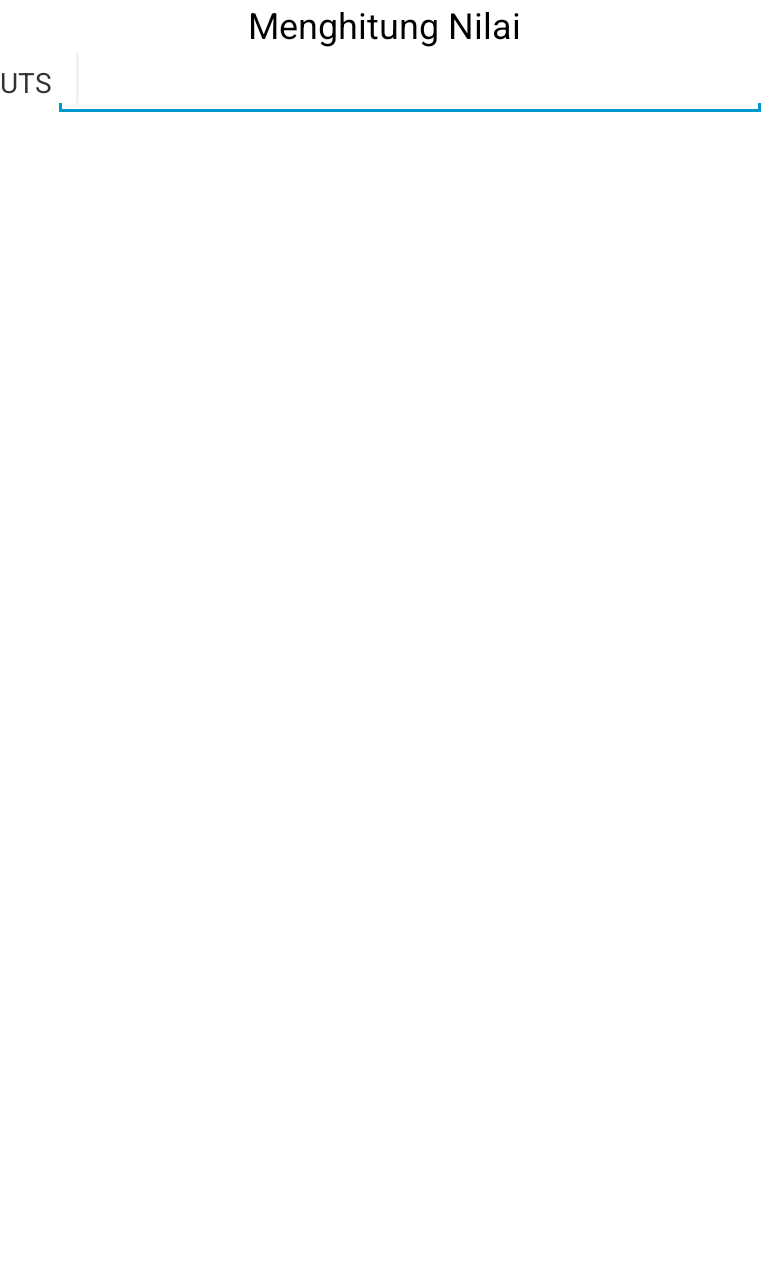
Repository: choll03/mobile_programming
Layout: android/res/layout/activity_main.xml
The author's editor kept a copy of each file at every save. The layout is drawn from the files as they stood at one save, then again after the next save.
It is drawn on a 768 x 1280 px phone screen (xhdpi) without system bars, with theme AppTheme; the app's code is not run.

Above is the layout before, as saved 2019-04-20 15:53:56.

### android/res/layout/activity_main.xml
<RelativeLayout xmlns:android="http://schemas.android.com/apk/res/android"
    xmlns:tools="http://schemas.android.com/tools"
    android:layout_width="match_parent"
    android:layout_height="match_parent" >

    <LinearLayout
        android:id="@+id/linearLayout1"
        android:layout_width="wrap_content"
        android:layout_height="wrap_content"
        android:layout_alignParentLeft="true"
        android:layout_alignParentRight="true"
        android:layout_alignParentTop="true" >
    <TextView
        android:id="@+id/textView1"
        android:layout_width="match_parent"
        android:layout_height="wrap_content"
        android:gravity="center"
        android:text="@string/judul"
        android:textAppearance="?android:attr/textAppearanceMedium" />
    </LinearLayout>

    <LinearLayout
        android:id="@+id/linearLayout2"
        android:layout_width="wrap_content"
        android:layout_height="wrap_content"
        android:layout_alignParentLeft="true"
        android:layout_alignParentRight="true"
        android:layout_below="@+id/linearLayout1"
        android:layout_alignParentTop="true"
        android:layout_marginTop="20dp" >
    <TextView
        android:id="@+id/textView2"
        android:layout_width="wrap_content"
        android:layout_height="wrap_content"
        android:text="@string/uts" />
    <EditText
        android:id="@+id/utsEditText"
        android:layout_width="0dp"
        android:layout_height="wrap_content"
        android:layout_weight="1"
        android:inputType="numberDecimal" >
        <requestFocus />
	</EditText>
    </LinearLayout>

</RelativeLayout>

### android/res/values/strings.xml
<?xml version="1.0" encoding="utf-8"?>
<resources>

    <string name="app_name">UserInterface</string>
    <string name="action_settings">Setting</string>
    <string name="hello_world">Hello world!</string>
    <string name="menu_settings">Settings</string>
    <string name="title_activity_main">User Interface</string>
    <string name="judul">Menghitung Nilai</string>
    <string name="uts">UTS</string>
    <string name="uas">UAS</string>
    <string name="nilai_akhir">Nilai Akhir</string>
    <string name="hitung">Hitung</string>
    <string name="tutup">Tutup</string>

    <color name="merah">#FF0000</color>
    <color name="hijau">#00FF00</color>
    <color name="biru">#0000FF</color>

</resources>

Loaded but not shown: android/res/values/styles.xml (common file); android/res/values-v11/styles.xml (common file); android/res/values-v14/styles.xml (common file)

After the next save:
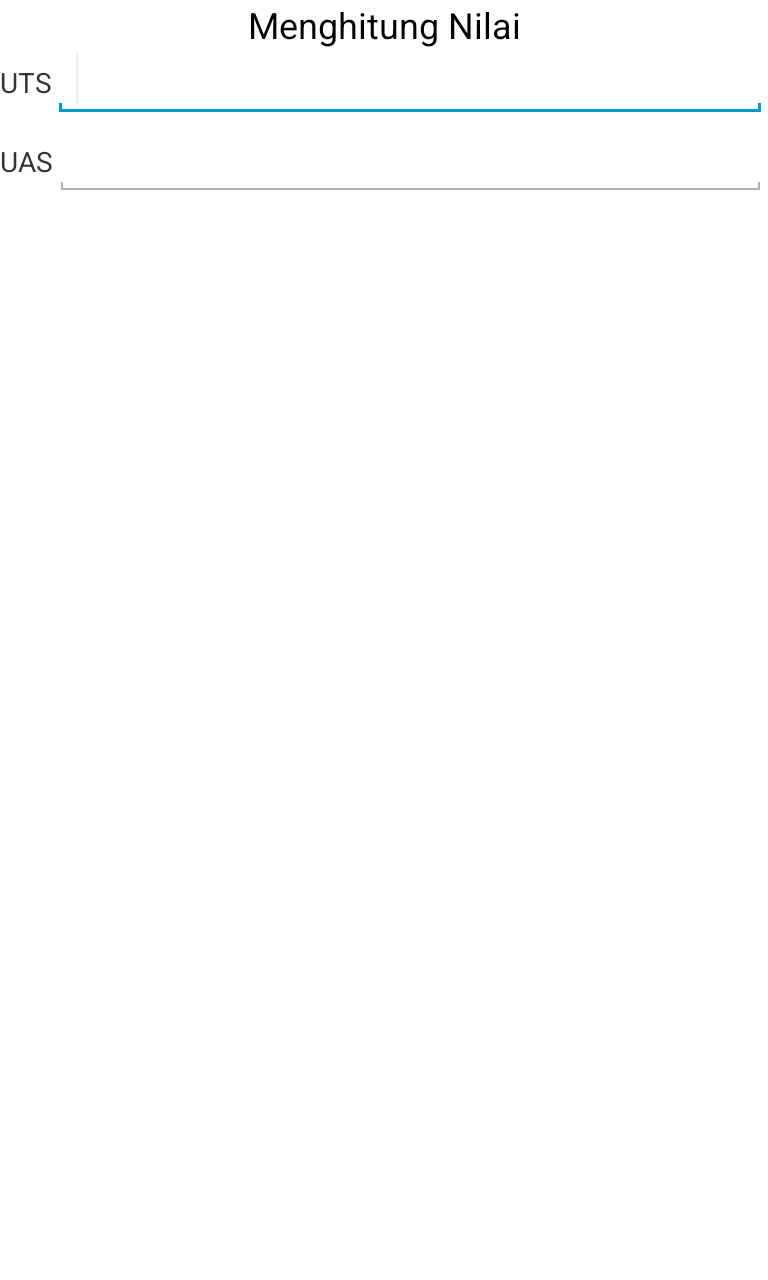
Saved 2 min 46 s later.
--- a/android/res/layout/activity_main.xml
+++ b/android/res/layout/activity_main.xml
@@ -43,4 +43,23 @@
 	</EditText>
     </LinearLayout>
 
+    <LinearLayout
+        android:id="@+id/linearLayout3"
+        android:layout_width="wrap_content"
+        android:layout_height="wrap_content"
+        android:layout_alignParentLeft="true"
+        android:layout_alignParentRight="true"
+        android:layout_below="@+id/linearLayout2" >
+    <TextView
+        android:id="@+id/textView3"
+        android:layout_width="wrap_content"
+        android:layout_height="wrap_content"
+        android:text="@string/uas" />
+    <EditText
+        android:id="@+id/uasEditText"
+        android:layout_width="0dip"
+        android:layout_height="wrap_content"
+        android:layout_weight="1"
+        android:inputType=" numberDecimal" />
+    </LinearLayout>
 </RelativeLayout>
